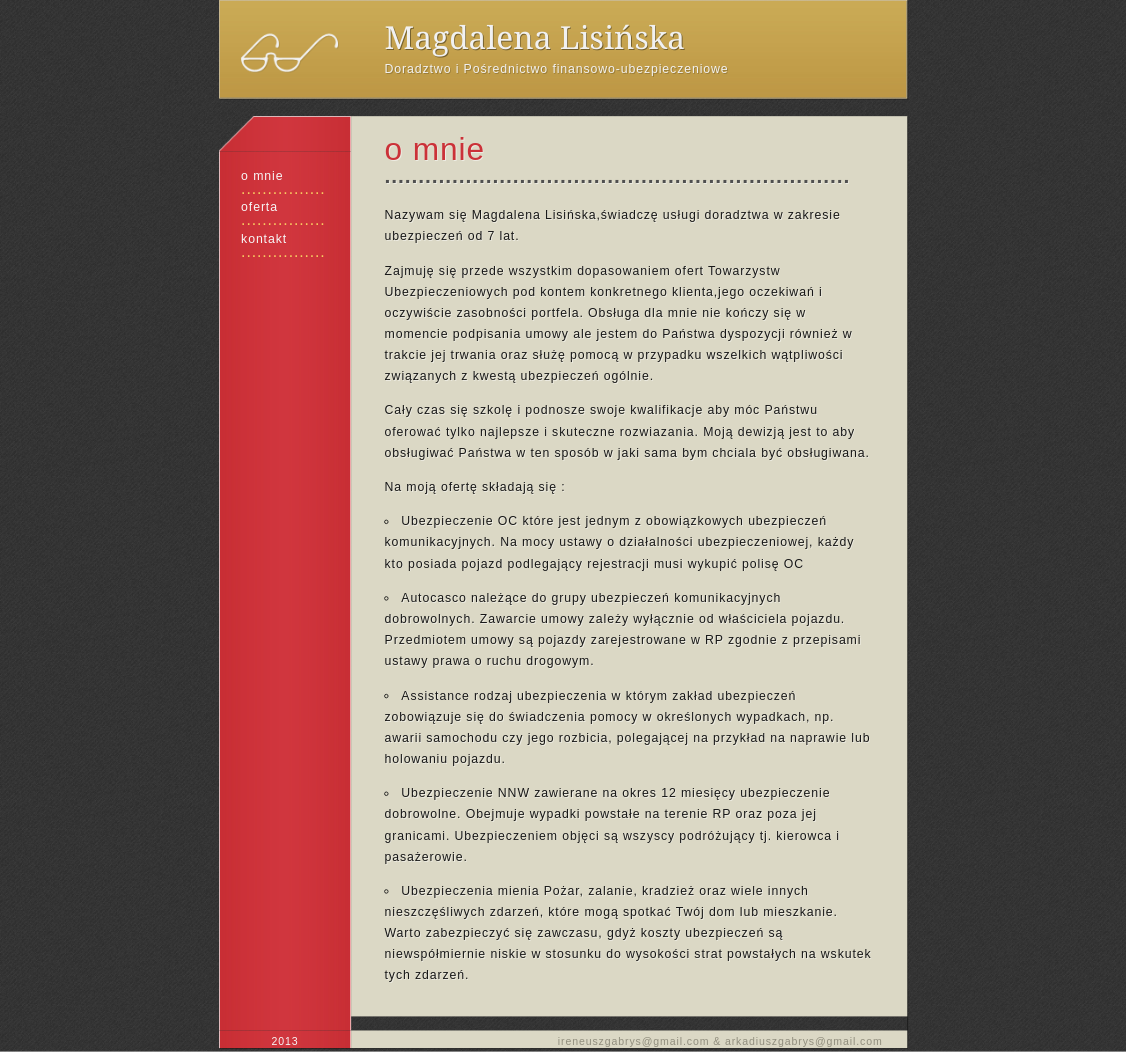
Repository: gabr/php_elicpse_workspace
Page: Magda Lisinska/index.html
These files come from the project's save history. The page is drawn as it stood at one moment and after the next save; the edit follows.
The browser window is 1280 px wide. The pictures show the whole page, at 88% of full size.

Above is the page before, as saved 2013-03-08 13:38:39.

After the next save:
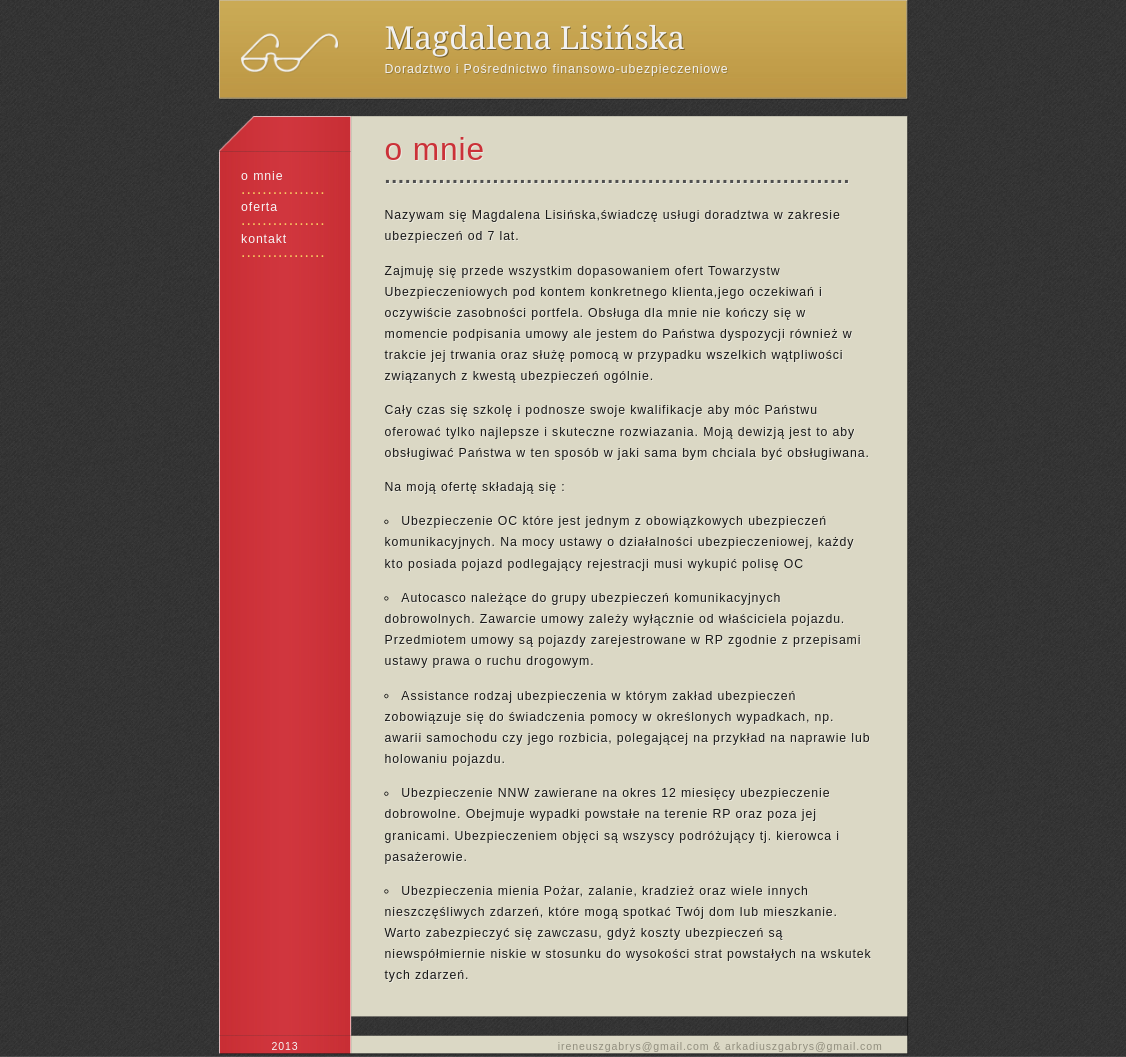
Saved 10 s later.
--- a/Magda Lisinska/index.html
+++ b/Magda Lisinska/index.html
@@ -36,7 +36,7 @@
     <!-- menu -->
     <div id="menu">
       <div id="menu-head"></div>
-      <div id="menu-body" style="height: 999px">
+      <div id="menu-body" style="height: 1005px">
         <div id="menu-margin"></div>
         <ul>
           <li><a href="#">o mnie</a></li>
